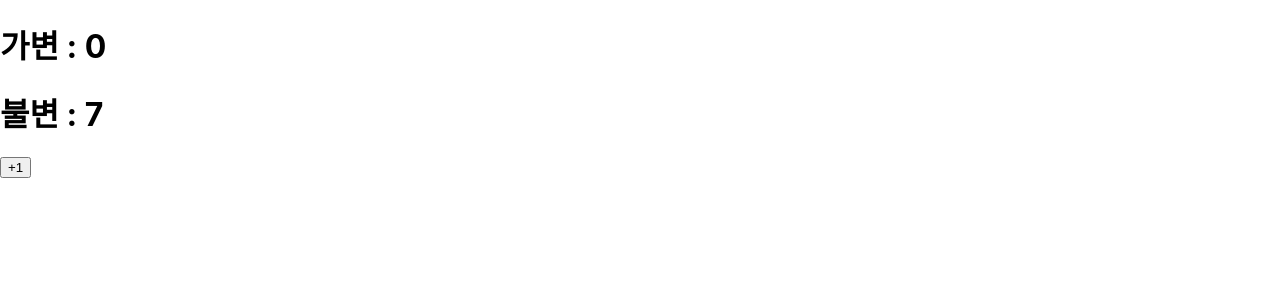
Repository: jongheonleee/hello_my_react
Page: /
The author's editor kept a copy of each file at every save. The page is drawn from the files as they stood at one save, then again after the next save.
The browser window is 1280 px wide. The pictures show the whole page.
The project was rebuilt for these pictures with package versions that can differ from the ones it lists, and the page was loaded fresh each time. Also part of the build but not shown: src/App.css, src/MyComponent.js.

Above is the page before, as saved 2024-09-02 11:00:43.

### src/App.js
import logo from './logo.svg';
import { Fragment } from 'react';
import './App.css';
import MyComponent from './MyComponent';
import Counter from './Counter';  // Counter.js 파일로 Counter 컴포��트를 import합니다.

function App() { // 컴포넌트 -> 1. 모습, 2. 기능, 컴포넌트를 기본 단위로 여러개 조합해서 사용 가능
  return <Counter />;
};

export default App;

### src/Counter.js
import { Component } from "react";

// 컴포넌트도 객체다. 컴포넌트는 모습과 상태를 지님. 또한, 여러 기능이 지원됨.
class Counter extends Component {
    state = {
        number: 0,
        fixedNumber : 7
    }; // 생성자 함수 사용하지 않아도 바로 위와 같이 iv 초기화 가능


    render() {
        const {number, fixedNumber} = this.state;
        return (
            <div>
                <h1>가변 : {number}</h1>
                <h1>불변 : {fixedNumber}</h1>
                <button onClick={() => {
                        this.setState({
                            number : number + 1
                        },
                        () => {
                            console.log('방금 seState가 호출됨');
                            console.log(this.state);
                        }
                    )
                }}>
                    +1
                </button>
            </div>
        );

    }
}

export default Counter;

### src/Say.js
import { useState } from "react";

const Say = () => {
    const [message, setMassage] = useState('');
    const onClickEnter = () => setMassage('안녕하세요!');
    const onClickLeave = () => setMassage('안녕히 계세요!');

    return (
        <div>
            <button onClick={onClickEnter}>Enter</button>
            <button onClick={onClickLeave}>Leave</button>
            <h1>{message}</h1>
        </div>
    )
}

export default Say;

Loaded but not shown: public/index.html (common file); src/index.js (common file); src/index.css (common file); src/reportWebVitals.js (common file)

After the next save:
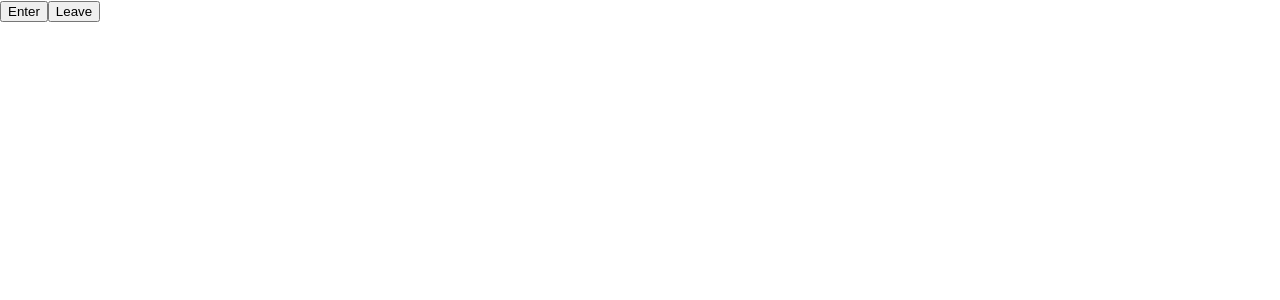
Saved 17 s later.
--- a/src/App.js
+++ b/src/App.js
@@ -2,10 +2,10 @@ import logo from './logo.svg';
 import { Fragment } from 'react';
 import './App.css';
 import MyComponent from './MyComponent';
-import Counter from './Counter';  // Counter.js 파일로 Counter 컴포��트를 import합니다.
+import Say from './Say';  // Counter.js 파일로 Counter 컴포��트를 import합니다.
 
 function App() { // 컴포넌트 -> 1. 모습, 2. 기능, 컴포넌트를 기본 단위로 여러개 조합해서 사용 가능
-  return <Counter />;
+  return <Say />;
 };
 
 export default App;
